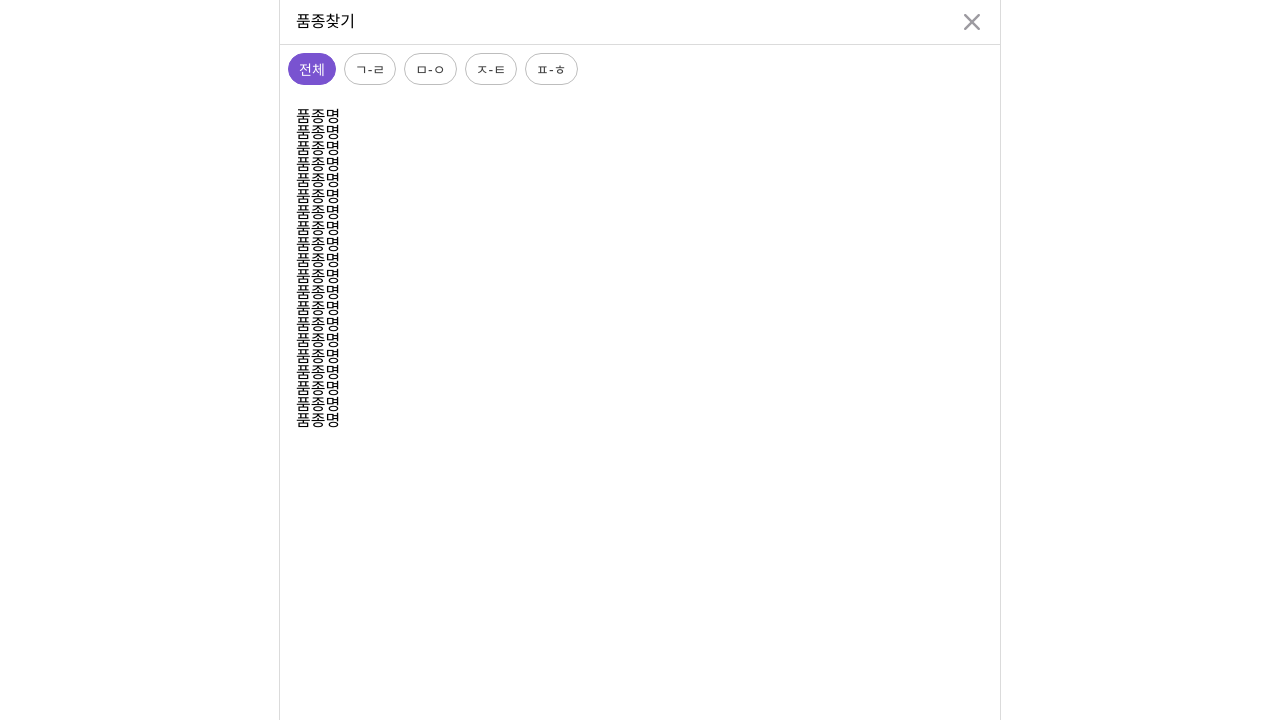
Repository: gosun1018/denguru
Page: search_breed.html
These files come from the project's save history. The page is drawn as it stood at one moment and after the next save; the edit follows.
The browser window is 1280 px wide. The pictures show the whole page.
Some web fonts or font styles are not loaded; a fallback is used. The style sheet was rebuilt from its Sass, Less or Tailwind sources for each picture, by a compiler version that may differ from the author's.

Above is the page before, as saved 2020-04-03 18:13:23.

### search_breed.html
<!DOCTYPE html>
<html lang="ko">
<head>
    <meta charset="UTF-8">
    <meta name="viewport" content="width=device-width, initial-scale=1.0">
    <title>품종찾기</title>
    <link rel="stylesheet" href="https://unpkg.com/swiper/css/swiper.min.css">
    <link rel="stylesheet" href="css/main.css">
    <script type="text/javascript" src="https://ajax.googleapis.com/ajax/libs/jquery/1.12.2/jquery.min.js"></script>
    <script src="https://unpkg.com/swiper/js/swiper.min.js"></script>
<body>
    <div class="wrap">
        <header class="header08">
            <h1 class="h_title">품종찾기</h1>
            <a href="javascript:document.referrer? history.back() : location.href = 'home_resister_pet.html'" class="h_btn_close"><img src="images/icon-close-page.svg" alt="닫기" class="icon"></a>
        </header>

        <div class="main">
            <div class="pd_header08"></div>
            <div class="sect03 sect_filter_cate swiper-container">
                <h2 class="blind">필터설정</h2>
                <ul class="btn_box swiper-wrapper">
                    <li class="filter_btn swiper-slide">
                        <button type="button" class="btn_filter_popup btn btn_main btn_mid btn_mid_round" aria-controls="tab-panel01">전체</button>
                    </li>
                    <li class="filter_btn swiper-slide">
                        <button type="button" class="btn_filter_popup btn btn_normal_line btn_mid btn_mid_round" aria-controls="tab-panel02">ㄱ-ㄹ</button>
                    </li>
                    <li class="filter_btn swiper-slide">
                        <button type="button" class="btn_filter_popup btn btn_normal_line btn_mid btn_mid_round" aria-controls="tab-panel03">ㅁ-ㅇ</button>
                    </li>
                    <li class="filter_btn swiper-slide">
                        <button type="button" class="btn_filter_popup btn btn_normal_line btn_mid btn_mid_round" aria-controls="tab-panel04">ㅈ-ㅌ</button>
                    </li>
                    <li class="filter_btn swiper-slide">
                        <button type="button" class="btn_filter_popup btn btn_normal_line btn_mid btn_mid_round" aria-controls="tab-panel05">ㅍ-ㅎ</button>
                    </li>
                </ul>
            </div>
            <div class="search_breed_panel_container">
                <div class="search_bread_panel" id="tab-panel01">
                    <ul class="search_breed_list">
                        <li class="search_breed_box inp_box05">
                            <input type="radio" name="petBreed" id="petBreed01" class="inp_blind" hidden>
                            <label for="petBreed01" class="lab_radio">품종명</label>
                        </li>
                        <li class="search_breed_box inp_box05">
                            <input type="radio" name="petBreed" id="petBreed02" class="inp_blind" hidden>
                            <label for="petBreed02" class="lab_radio">품종명</label>
                        </li>
                        <li class="search_breed_box inp_box05">
                            <input type="radio" name="petBreed" id="petBreed03" class="inp_blind" hidden>
                            <label for="petBreed03" class="lab_radio">품종명</label>
                        </li>
                        <li class="search_breed_box inp_box05">
                            <input type="radio" name="petBreed" id="petBreed04" class="inp_blind" hidden>
                            <label for="petBreed04" class="lab_radio">품종명</label>
                        </li>
                        <li class="search_breed_box inp_box05">
                            <input type="radio" name="petBreed" id="petBreed05" class="inp_blind" hidden>
                            <label for="petBreed05" class="lab_radio">품종명</label>
                        </li>
                        <li class="search_breed_box inp_box05">
                            <input type="radio" name="petBreed" id="petBreed06" class="inp_blind" hidden>
                            <label for="petBreed06" class="lab_radio">품종명</label>
                        </li>
                        <li class="search_breed_box inp_box05">
                            <input type="radio" name="petBreed" id="petBreed07" class="inp_blind" hidden>
                            <label for="petBreed07" class="lab_radio">품종명</label>
                        </li>
                        <li class="search_breed_box inp_box05">
                            <input type="radio" name="petBreed" id="petBreed08" class="inp_blind" hidden>
                            <label for="petBreed08" class="lab_radio">품종명</label>
                        </li>
                        <li class="search_breed_box inp_box05">
                            <input type="radio" name="petBreed" id="petBreed09" class="inp_blind" hidden>
                            <label for="petBreed09" class="lab_radio">품종명</label>
                        </li>
                        <li class="search_breed_box inp_box05">
                            <input type="radio" name="petBreed" id="petBreed10" class="inp_blind" hidden>
                            <label for="petBreed10" class="lab_radio">품종명</label>
                        </li>
                        <li class="search_breed_box inp_box05">
                            <input type="radio" name="petBreed" id="petBreed11" class="inp_blind" hidden>
                            <label for="petBreed11" class="lab_radio">품종명</label>
                        </li>
                        <li class="search_breed_box inp_box05">
                            <input type="radio" name="petBreed" id="petBreed12" class="inp_blind" hidden>
                            <label for="petBreed12" class="lab_radio">품종명</label>
                        </li>
                        <li class="search_breed_box inp_box05">
                            <input type="radio" name="petBreed" id="petBreed13" class="inp_blind" hidden>
                            <label for="petBreed13" class="lab_radio">품종명</label>
                        </li>
                        <li class="search_breed_box inp_box05">
                            <input type="radio" name="petBreed" id="petBreed14" class="inp_blind" hidden>
                            <label for="petBreed14" class="lab_radio">품종명</label>
                        </li>
                        <li class="search_breed_box inp_box05">
                            <input type="radio" name="petBreed" id="petBreed15" class="inp_blind" hidden>
                            <label for="petBreed15" class="lab_radio">품종명</label>
                        </li>
                        <li class="search_breed_box inp_box05">
                            <input type="radio" name="petBreed" id="petBreed16" class="inp_blind" hidden>
                            <label for="petBreed16" class="lab_radio">품종명</label>
                        </li>
                        <li class="search_breed_box inp_box05">
                            <input type="radio" name="petBreed" id="petBreed17" class="inp_blind" hidden>
                            <label for="petBreed17" class="lab_radio">품종명</label>
                        </li>
                        <li class="search_breed_box inp_box05">
                            <input type="radio" name="petBreed" id="petBreed18" class="inp_blind" hidden>
                            <label for="petBreed18" class="lab_radio">품종명</label>
                        </li>
                        <li class="search_breed_box inp_box05">
                            <input type="radio" name="petBreed" id="petBreed19" class="inp_blind" hidden>
                            <label for="petBreed19" class="lab_radio">품종명</label>
                        </li>
                        <li class="search_breed_box inp_box05">
                            <input type="radio" name="petBreed" id="petBreed20" class="inp_blind" hidden>
                            <label for="petBreed20" class="lab_radio">품종명</label>
                        </li>
                    </ul>
                </div>
                <!--  <div class="search_bread_panel" id="tab-panel01">
                    <ul class="search_breed_list">
                        <li class="search_breed_box inp_box05">
                            <input type="radio" name="petBreed" id="petBreed01" class="inp_blind" hidden>
                            <label for="petBreed01" class="lab_radio">품종명</label>
                        </li>
                        <li class="search_breed_box inp_box05">
                            <input type="radio" name="petBreed" id="petBreed01" class="inp_blind" hidden>
                            <label for="petBreed01" class="lab_radio">고든세터</label>
                        </li>
                    </ul>
                </div>
                <div class="search_bread_panel" id="tab-panel01">
                    <ul class="search_breed_list">
                        <li class="search_breed_box inp_box05">
                            <input type="radio" name="petBreed" id="petBreed01" class="inp_blind" hidden>
                            <label for="petBreed01" class="lab_radio">품종명</label>
                        </li>
                        <li class="search_breed_box inp_box05">
                            <input type="radio" name="petBreed" id="petBreed01" class="inp_blind" hidden>
                            <label for="petBreed01" class="lab_radio">고든세터</label>
                        </li>
                    </ul>
                </div>
                <div class="search_bread_panel" id="tab-panel01">
                    <ul class="search_breed_list">
                        <li class="search_breed_box inp_box05">
                            <input type="radio" name="petBreed" id="petBreed01" class="inp_blind" hidden>
                            <label for="petBreed01" class="lab_radio">품종명</label>
                        </li>
                        <li class="search_breed_box inp_box05">
                            <input type="radio" name="petBreed" id="petBreed01" class="inp_blind" hidden>
                            <label for="petBreed01" class="lab_radio">고든세터</label>
                        </li>
                    </ul>
                </div>
                <div class="search_bread_panel" id="tab-panel01">
                    <ul class="search_breed_list">
                        <li class="search_breed_box inp_box05">
                            <input type="radio" name="petBreed" id="petBreed01" class="inp_blind" hidden>
                            <label for="petBreed01" class="lab_radio">품종명</label>
                        </li>
                        <li class="search_breed_box inp_box05">
                            <input type="radio" name="petBreed" id="petBreed01" class="inp_blind" hidden>
                            <label for="petBreed01" class="lab_radio">고든세터</label>
                        </li>
                    </ul>
                </div> -->
            </div>

        </div>
    </div>
    <script>
        var swiper = new Swiper('.sect_filter_cate', {
            slidesPerView: 'auto',
            spaceBetween: 8,
            freeMode: true,
        });
    </script>
</body>
</html>

### css/scss/main.scss
@charset "utf-8";

//utils
@import "utils/variables";
@import "utils/mixins";
@import "utils/animations";

// base
@import "base/reset";
@import "base/layout";
@import "base/typography";

//modules
@import "modules/swipercustom";
@import "modules/form";
@import "modules/button";
@import "modules/popup";
@import "modules/popover";
@import "modules/toast";
@import "modules/pagination";

//component
@import "component/header";
@import "component/navigation";
@import "component/itemlist";
@import "component/reviewlist";
@import "component/taglist";
@import "component/postlist";
@import "component/postcontent";

//pages
@import "pages/mainpg";
@import "pages/search";
@import "pages/resister-pet";
@import "pages/review";
@import "pages/home-item-info";
@import "pages/gostore";
@import "pages/store";
@import "pages/password-mail-complete";
@import "pages/my-main";
@import "pages/my-notification";
@import "pages/members";
@import "pages/withdrawal";
@import "pages/order-history";
@import "pages/mycomplain";
@import "pages/category-special";
@import "pages/pick";
@import "pages/personal-info";

### css/scss/utils/_animations.scss
@keyframes width-0-to-100 {
    from {
        width: 0;
    }

    to {
        width: 100%;
    }
}

### css/scss/base/_reset.scss
/* http://meyerweb.com/eric/tools/css/reset/
   v2.0 | 20110126
   License: none (public domain)
*/

html, body, div, span, applet, object, iframe, h1, h2, h3, h4, h5, h6, p, blockquote, pre, a, abbr, acronym, address, big, cite, code, del, dfn, em, img, ins, kbd, q, s, samp, small, strike, strong, sub, sup, tt, var, b, u, i, center, dl, dt, dd, ol, ul, li, fieldset, form, label, legend, table, caption, tbody, tfoot, thead, tr, th, td, article, aside, canvas, details, embed, figure, figcaption, footer, header, hgroup, menu, nav, output, ruby, section, summary, time, mark, audio, video {
    margin: 0;
    padding: 0;
    border: 0;
    font-size: 100%;
    font: inherit;
    vertical-align: baseline; }

  /* HTML5 display-role reset for older browsers */

  article, aside, details, figcaption, figure, footer, header, hgroup, menu, nav, section {
    display: block; }

  body {
    line-height: 1; }

  ol, ul {
    list-style: none; }

  blockquote, q {
    quotes: none; }

  blockquote {
    &:before, &:after {
      content: '';
      content: none; } }

  q {
    &:before, &:after {
      content: '';
      content: none; } }

  table {
    border-collapse: collapse;
    border-spacing: 0; }

  a {
    color: inherit;
    text-decoration: none;
  }
  :focus {
    outline-color: $main-color;
  }

### css/scss/modules/_swipercustom.scss
.swiper-pagination {

    .swiper-pagination-bullet {
        width: 8px;
        height: 8px;
    }
}
.swiper-container-horizontal>.swiper-pagination-bullets .swiper-pagination-bullet {
    margin: 0 $layout-small-padding;
}

.pagination_main {
    .swiper-pagination-bullet {
        background-color: #b8b3c3;
        opacity: 1;
    }
    .swiper-pagination-bullet-active {
        background-color: $main-color;
    }
}
.pagination_white {
    .swiper-pagination-bullet {
        background-color: #b8b3c3;
        opacity: 1;
    }
    .swiper-pagination-bullet-active {
        background-color: $gray-0;
    }
}
.swiper-pagination {font-size: 0;}

.items_wrap.swiper-container {
    padding: 0 $layout-base-padding 10px;
}

### css/scss/modules/_popover.scss
.popover_container {
    position: relative;
}
.popover {
    display: none;
    position: absolute;
    padding: 8px;
    border-radius: $base-border-radius;
    word-break: keep-all;
    font-size: $base-font-size;
    line-height: $base-line-height;
    box-shadow: 0 1px 4px rgba(0,0,0,0.15);

    &:before {
        content: '';
        position: absolute;
        display: block;
        width: 12px;
        height: 12px;
        // border: 5px solid transparent;
        background-repeat: no-repeat;
        background-size: contain;
        background-position: center bottom;
    }
    &.show {
        display: block;
    }
}
.popover_main {
    background-color: #ebe3ff;
    color: $base-font-color;
    border: 1px solid #cac2de;

    &.popover_right_top:before {
        background-image: url(/images/popover-triangle-main.png);
    }
}
.popover_right_top{
    top: calc(100% + 6px);
    right: -5px;

    &:before {
        top: -12px;
        right: 5px;
    }
}

### css/scss/modules/_toast.scss
.toast_box {
    position: fixed;
    bottom: $gnb-bottom-height;
    left: $layout-base-padding;
    right: $layout-base-padding;
    display: flex;
    justify-content: center;
    align-items: center;
    padding: $layout-small-padding;
    min-height: 48px;
    box-sizing: border-box;
    background-color: rgba(0,0,0,0.85);
    color: #fff;
    font-size: $base-font-size;
    line-height: $base-line-height;
    text-align: center;
    word-break: keep-all;
    border-radius: $large-border-radius;
    overflow: hidden;
    visibility: hidden;
    opacity: 0;
    transition: opacity .5s, visibility .5s, transform .5s;
    z-index: 900;

    &.show {
        opacity: 1;
        visibility: visible;
        transform: translate(0, $layout-small-padding*-1);
    }
}

### css/scss/modules/_pagination.scss
.pagination01 {
    display: flex;
    justify-content: center;

    .page {
        height: 24px;
        min-width: 24px;
        padding: 0 3px;
        box-sizing: border-box;
        border-radius: 12px;
        margin: 0 4px;
        text-align: center;
        font-size: $base-font-size;
        line-height: 24px;
        color: $light-font-color;

        &.active {
            background-color: $main-color;
            color: $gray-0;
            font-weight: 900;
        }
        &.disabled {
            opacity: .5;
        }
    }
    .page_link {
        display: block;
        width: 100%;
        height: 100%;

        .icon {
            padding-top: 3px;
            // height: 100%;
            object-fit: contain;
        }
    }
}

### css/scss/component/_taglist.scss
.tag_list01 {

    .tag_item {
        width: fit-content;
        float: left;

        .btn {
            margin: 0 4px;
        }
        &:first-child .btn {
            margin-left: $layout-base-padding;
        }
        &:last-child .btn {
            margin-right: $layout-base-padding;
        }

        &.active .btn {
            font-weight: bold;
            background-color: $secondary-color;
            border-color: $secondary-color;
        }
    }
}

### css/scss/component/_postlist.scss
.post_list_wrap {
    flex: 1;
    padding: $layout-small-padding 0 $layout-base-padding;
    background-color: $gray-0;

    .pagination01 {
        margin-top: $layout-base-padding * 2;
    }
}

.post_list01 {
    padding: 0 $layout-base-padding;

    .post_item {
        padding: $layout-base-padding 0;
        border-bottom: $light-border;
    }
    .post_date {
        margin-bottom: $layout-small-padding;
        font-size: $small-font-size;
        color: $light-font-color;
    }
    .post_title {
        font-size: $base-font-size;
        color: $bold-font-color;
        @include multi-line-ellipsis($base-line-height,2);
        height: auto;
        max-height: $base-line-height * 2em;

        .icon_new {
            height: 1em;
            vertical-align: middle;
        }
    }
}

### css/scss/pages/_password-mail-complete.scss
.mail_complete_container {
    height: 100vh;
    display: flex;
    flex-direction: column;
    justify-content: center;
    align-items: center;
    background-color: $gray-0;

    .img_motion_box {
        width: 140px;
        margin: 0 auto;

        .img {
            width: 100%;
        }
    }
    .mail_complete_txt01 {
        margin-top: $layout-large-padding;
        text-align: center;
        font-size: 20px;
        line-height: $narrow-line-height;
        font-weight: 900;

        .emph {
            color: #8054ea;
        }
    }
    .mail_complete_txt02 {
        margin-top: 12px;
        text-align: center;
        font-size: $base-font-size;
        line-height: $base-line-height;
        color: $base-font-color;
    }
    .btn_box {
        margin-top: 60px;
        justify-content: center;
    }
    .btn_mail_success {
        width: 90px;
        height: 40px;
        font-size: $large-font-size;
        line-height: 40px;
    }
}

### css/scss/pages/_my-notification.scss
.notification_list_container {
    background-color: $gray-0;

    .notification_box {
        position: relative;
        padding: $layout-large-padding $layout-base-padding;

        &:not(:first-child):before {
            content: '';
            display: block;
            position: absolute;
            top: 0;
            left: $layout-base-padding;
            right: $layout-base-padding;
            height: 1px;
            background-color: $gray-1;
        }
    }
    .notification_new {
        background-color: $bg-gray-color;
    }
    .notification_link {
        display: flex;
    }
    .icon_box {
        flex-shrink: 0;
        width: 24px;
        height: 24px;
        margin-right: $layout-base-padding;
    }
    .notification_content {
        flex: 1;
    }
    .notification_title {
        font-size: $base-font-size;
        color: $bold-font-color;
        line-height: $base-line-height;
    }
    .notification_date {
        margin-top: 4px;
        font-size: $small-font-size;
        color: $light-font-color;
    }
    .notification_img {
        margin-top: $layout-base-padding;
    }
}

### css/scss/pages/_category-special.scss
.category_wrap {
    background-color: $gray-0;

    .title08 {
        padding: $layout-large-padding $layout-base-padding 0;
    }
}

.special_wrap {
    margin-top: $layout-small-padding;
    padding-bottom: $layout-large-padding;
    flex: 1;
    background-color: $gray-0;

    .title08 {
        padding: $layout-large-padding $layout-base-padding 0;
    }
    .store_list_hash {
        padding-bottom: 0;
    }
    .banner_list {
        padding: 0 $layout-base-padding;
    }
    .banner_box{
        border-radius: $base-border-radius;
        overflow: hidden;

        &:not(:last-child) {
            margin-bottom: $layout-base-padding;
        }
    }
}
.special_item_list_container {

    .title09 {
        padding: 0 $layout-base-padding;
        margin-bottom: $layout-base-padding;
    }
}
.event_post_content_wrap {
    padding-top: $layout-large-padding;
    background-color: $gray-0;

    .title06 {
        margin: 0 $layout-base-padding $layout-base-padding;
    }
}

### css/scss/pages/_personal-info.scss
.recommand_password_container {
    flex: 1;
    display: flex;
    flex-direction: column;
    justify-content: center;
    // align-items: center;
    background-color: $gray-0;
    padding: 48px 0;
}
.recommand_password_title_box {
    margin-bottom: $layout-large-padding;
    font-size: $title-font-size;
    font-weight: bold;
    color: $bold-font-color;
    line-height: $narrow-line-height;
}
.recommand_password_img_box {
    margin: 0 auto $layout-base-padding;
    height: 96px;
    text-align: center;

    .img {
        height: 100%;
    }
}
.recommand_password_txt_box {
    padding: 0 $layout-base-padding;
    margin-bottom: $layout-large-padding;
    font-size: $base-font-size;
    color: $base-font-color;
    line-height: $base-line-height;
}
.change_password_form_container {
    padding: 0 $layout-base-padding*2;

    .btn {
        font-size: $base-font-size;
        height: 40px;
        line-height: 38px;
    }
    .inp_box04 {
        margin-bottom: $layout-base-padding;
    }
    .inp_txt::placeholder {
        font-size: 12px;
    }
    @media screen and (max-width: 359px) {
        padding: 0 $layout-base-padding;
    }
}

Loaded but not shown: css/scss/component/_reviewlist.scss (493 lines, source omitted); css/scss/modules/_form.scss (447 lines, source omitted); css/scss/pages/_search.scss (451 lines, source omitted); css/scss/component/_header.scss (459 lines, source omitted); css/scss/pages/_review.scss (399 lines, source omitted); css/scss/component/_itemlist.scss (324 lines, source omitted); css/scss/pages/_my-main.scss (264 lines, source omitted); css/scss/pages/_store.scss (238 lines, source omitted); css/scss/modules/_popup.scss (241 lines, source omitted); css/scss/pages/_home-item-info.scss (180 lines, source omitted); css/scss/pages/_order-history.scss (188 lines, source omitted); css/scss/component/_navigation.scss (177 lines, source omitted); css/scss/pages/_members.scss (167 lines, source omitted); css/scss/modules/_button.scss (181 lines, source omitted); css/scss/component/_postcontent.scss (143 lines, source omitted); css/scss/pages/_mycomplain.scss (126 lines, source omitted); css/scss/pages/_mainpg.scss (130 lines, source omitted); css/scss/pages/_resister-pet.scss (123 lines, source omitted); css/scss/base/_typography.scss (112 lines, source omitted); css/scss/base/_layout.scss (118 lines, source omitted); css/scss/utils/_variables.scss (81 lines, source omitted); css/scss/pages/_pick.scss (88 lines, source omitted); css/scss/pages/_gostore.scss (80 lines, source omitted); css/scss/utils/_mixins.scss (87 lines, source omitted); css/scss/pages/_withdrawal.scss (66 lines, source omitted)

After the next save:
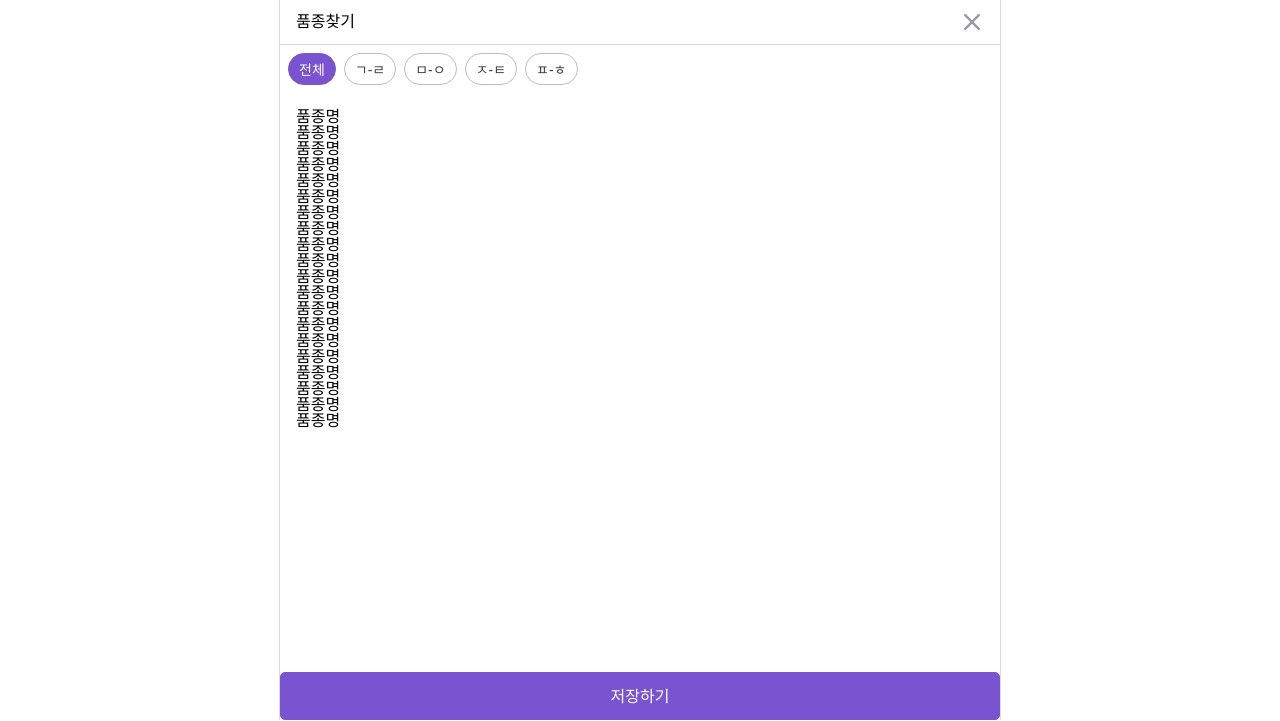
Saved 80 s later.
--- a/search_breed.html
+++ b/search_breed.html
@@ -171,7 +171,9 @@
                     </ul>
                 </div> -->
             </div>
-
+            <div class="btn_box">
+                <a href="javascript:document.referrer? history.back() : location.href = 'home_resister_pet.html'" class="btn btn_full btn_main">저장하기</a>
+            </div>
         </div>
     </div>
     <script>
